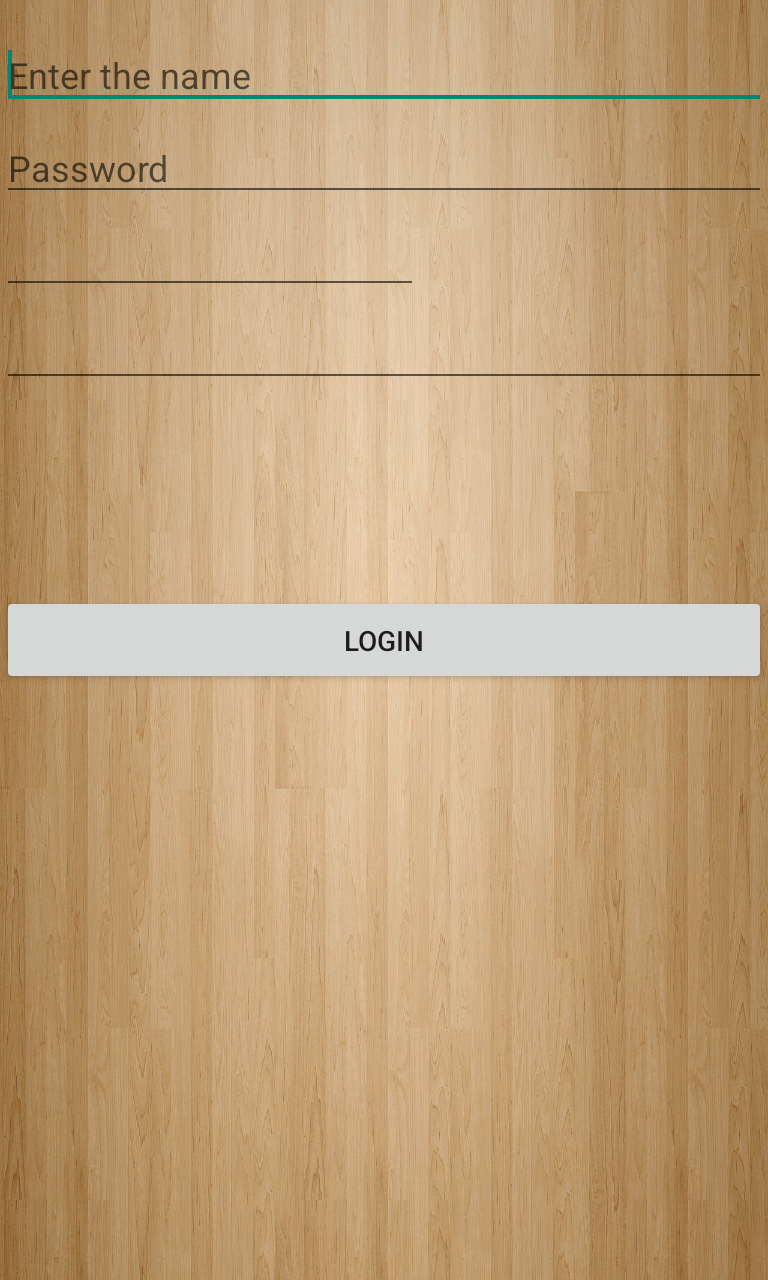
Repository: vipinvkamara/SampleProgram
Layout: SharedPreferance/res/layout/registration.xml
The author's editor kept a copy of each file at every save. The layout is drawn from the files as they stood at one save, then again after the next save.
It is drawn on a 768 x 1280 px phone screen (xhdpi) without system bars, with theme AppTheme; the app's code is not run.

Above is the layout before, as saved 2015-01-02 06:00:01.

After the next save:
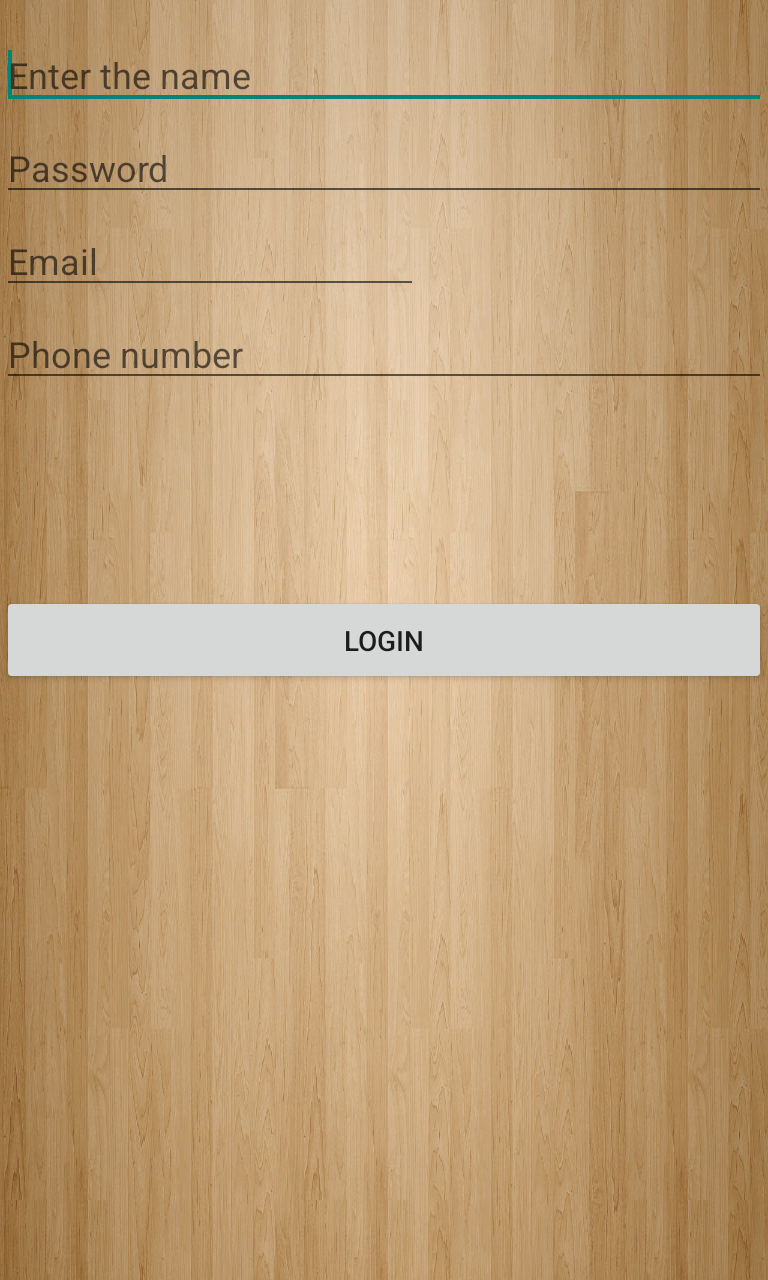
Saved 65 s later.
--- a/SharedPreferance/res/layout/registration.xml
+++ b/SharedPreferance/res/layout/registration.xml
@@ -37,6 +37,7 @@
         android:layout_below="@+id/editText2"
         android:layout_marginTop="5dp"
         android:ems="10"
+        android:hint="Email"
         android:inputType="textEmailAddress" />
 
     <EditText
@@ -47,15 +48,15 @@
         android:layout_below="@+id/editText3"
         android:layout_marginTop="5dp"
         android:ems="10"
+        android:hint="Phone number"
         android:inputType="phone" />
 
     <Button
         android:id="@+id/button1"
         android:layout_width="match_parent"
         android:layout_height="wrap_content"
-        android:layout_alignLeft="@+id/editText2"
+        android:layout_alignParentLeft="true"
         android:layout_centerVertical="true"
-        android:layout_marginTop="5dp"
         android:text="Login" />
 
 </RelativeLayout>
